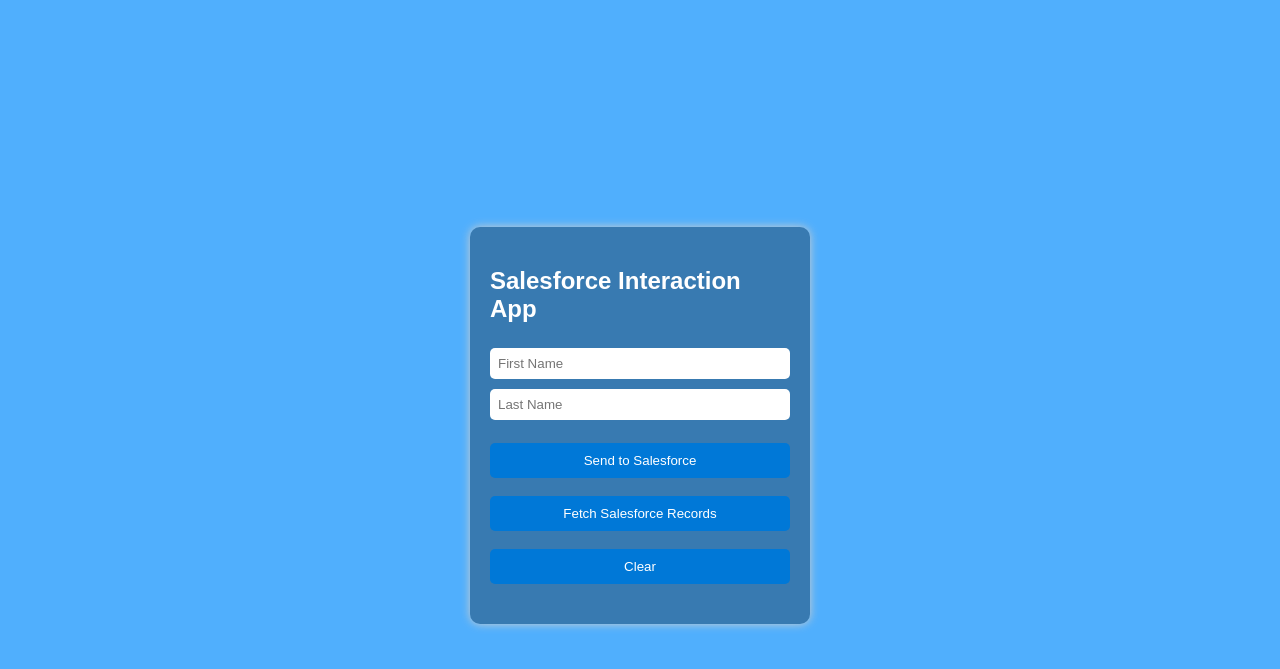
Repository: PamodaW/SalesforceSync
Page: Client/index.html
These files come from the project's save history. The page is drawn as it stood at one moment and after a run of saves; the edit follows.
The browser window is 1280 px wide. The pictures show the whole page.

Above is the page before, as saved 2024-11-20 15:38:32.

### Client/index.html
<!DOCTYPE html>
<html lang="en">
<head>
    <meta charset="UTF-8">
    <meta name="viewport" content="width=device-width, initial-scale=1.0">
    <link rel="stylesheet" href="style.css">
    <title>Salesforce Web App</title>
</head>
<body>
    <div class="Clouds"></div>
    <div class="Clouds"></div>
    <div class="Clouds"></div>
    <div class="container">
        <h2>Salesforce Interaction App</h2>
        <form id="salesforceForm">
            <input type="text" id="firstName" placeholder="First Name" required>
            <input type="text" id="lastName" placeholder="Last Name" required>
            <br/><br>
            <button type="button" onclick="createRecord()">Send to Salesforce</button>
        </form>
        <br/>
        <button onclick="fetchRecords()">Fetch Salesforce Records</button>
        <br/><br>
        <button onclick="ClearArea()">Clear</button>
        <div id="output"></div>
    </div>
    <script src="script.js"></script>
</body>
</html>

### Client/style.css
body {
    font-family: Arial, sans-serif;
    background-color: #50affd;
}

.container {
    width: 300px;
    margin: 50px auto;
    padding: 20px;
    background: white;
    border-radius: 10px;
    box-shadow: 0 0 10px #ccc;
    background-color: rgba(0, 0, 0, 0.3); /* 30% transparent black background */
    color: #ffffff; /* Text color remains opaque */
    margin-top: 6cm;
}

input {
    width: 100%;
    padding: 8px;
    margin: 5px 0;
    box-sizing: border-box;
    border: none;
    border-radius: 5px;
}

button {
    width: 100%;
    padding: 10px;
    background: #0078d7;
    color: white;
    border: none;
    border-radius: 5px;
    cursor: pointer;
}

button:hover {
    background: #0056a6;
}

#output {
    margin-top: 20px;
}

### Client/script.js
const consumerKey = "3MVG9DREgiBqN9Wn1tmI.eQb32fXpKrWsCOiPp9anMP.XOEs3Rv7Ic_w7Q17wlZtloetkekoWTk5wvuYA8eFB";
const consumerSecret = "A0E8A1E3413392B2C6332CBA430EEA0D6A9BF24CEB56DDAEEF33126583276774";
const username = "pamodaw@gmail.com";
const password = "Pamzi2020yBm8RGuqKhuSUMUayOxBCQAk";

let accessToken = "";

async function authenticate() {
    try {
        const response = await fetch('http://localhost:3000/authenticate', {
            method: 'POST',
            headers: {
                'Content-Type': 'application/json',
            },
        });

        const data = await response.json();
        if (data.access_token) {
            accessToken = data.access_token;
            instanceUrl = data.instance_url;
            console.log('Authenticated successfully');
        } else {
            console.error('Authentication failed', data);
            alert("Authentication failed: " + JSON.stringify(data));
        }
    } catch (error) {
        console.error('Error during authentication', error);
    }
}


// Step 2: Create a Record in Salesforce
// Assuming the accessToken and instanceUrl are set after authentication

async function createRecord() {
    if (!accessToken || !instanceUrl) {
        await authenticate();
    }

    if (accessToken && instanceUrl) {
        const firstName = document.getElementById("firstName").value;
        const lastName = document.getElementById("lastName").value;

        const newContact = {
            FirstName: firstName,
            LastName: lastName,
        };

        try {
            const response = await fetch('http://localhost:3000/createContact', {  // Matches the server port
                method: 'POST',
                headers: {
                    'Content-Type': 'application/json',
                },
                body: JSON.stringify({
                    accessToken: accessToken,
                    instanceUrl: instanceUrl,
                    contactData: newContact,
                }),
            });

            const data = await response.json();

            if (data.id) {
                console.log('Contact created successfully', data);
                alert(`Contact created successfully: ${data.id}`);
            } else {
                console.error('Failed to create contact', data);
                alert("Failed to create contact: " + JSON.stringify(data));
            }
        } catch (error) {
            console.error('Error during contact creation', error);
        }
    } else {
        console.error('Authentication failed. Cannot create record.');
    }
}



// Step 3: Fetch Records from Salesforce
async function fetchRecords() {
    if (!accessToken || !instanceUrl) {
        await authenticate();
    }

    if (accessToken && instanceUrl) {
        try {
            const response = await fetch('http://localhost:3000/getContacts', {
                method: 'POST',
                headers: {
                    'Content-Type': 'application/json',
                },
                body: JSON.stringify({
                    accessToken: accessToken,
                    instanceUrl: instanceUrl,
                }),
            });

            const contacts = await response.json();

            if (Array.isArray(contacts)) {
                console.log('Contacts fetched successfully:', contacts);
                let output = "<h3>Fetched Contacts:</h3>";
                contacts.forEach(contact => {
                    output += `<p>${contact.FirstName} ${contact.LastName}</p>`;
                });
                document.getElementById('output').innerHTML = output;
            } else {
                console.error('Failed to fetch contacts', contacts);
                alert("Failed to fetch contacts: " + JSON.stringify(contacts));
            }
        } catch (error) {
            console.error('Error during contact fetch', error);
        }
    } else {
        console.error('Authentication failed. Cannot fetch contacts.');
    }
}

//clear the Area
async function ClearArea(){
    document.getElementById('output')
            .innerHTML = "";
}

After the next 2 saves:
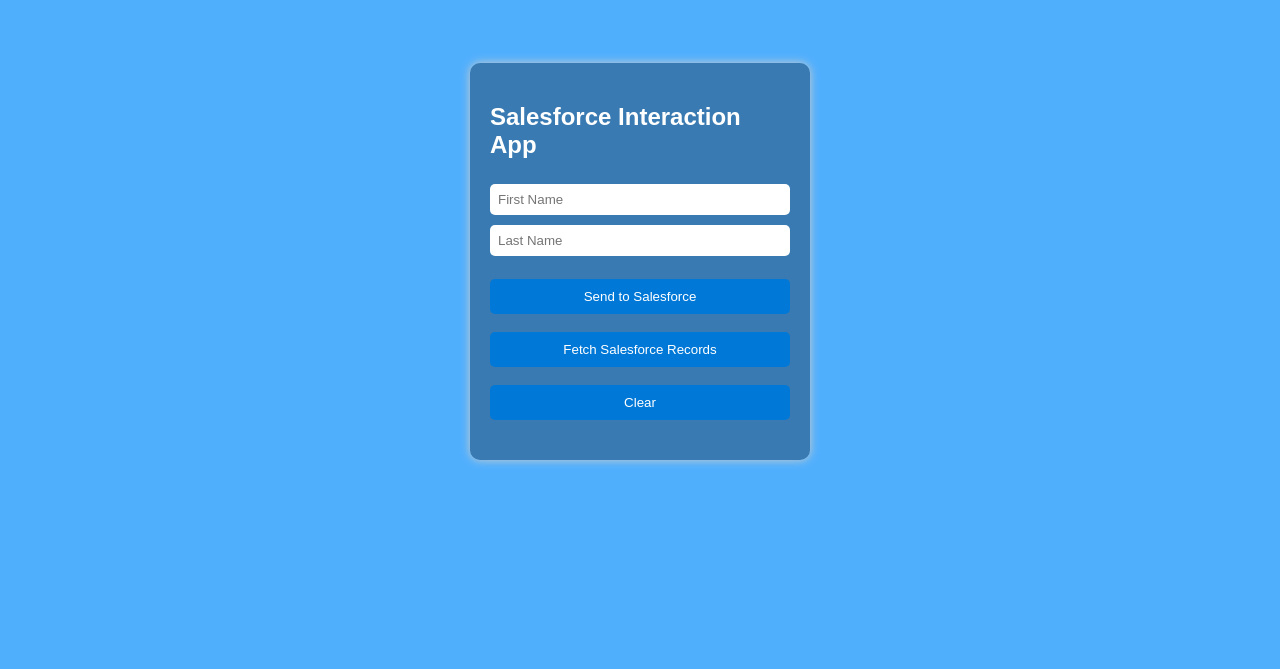
The 2 saves are shown as one change because they came seconds apart.
The last was saved 20 s later.
--- a/Client/style.css
+++ b/Client/style.css
@@ -12,7 +12,7 @@
     box-shadow: 0 0 10px #ccc;
     background-color: rgba(0, 0, 0, 0.3); /* 30% transparent black background */
     color: #ffffff; /* Text color remains opaque */
-    margin-top: 6cm;
+    margin-top: 5%;
 }
 
 input {
